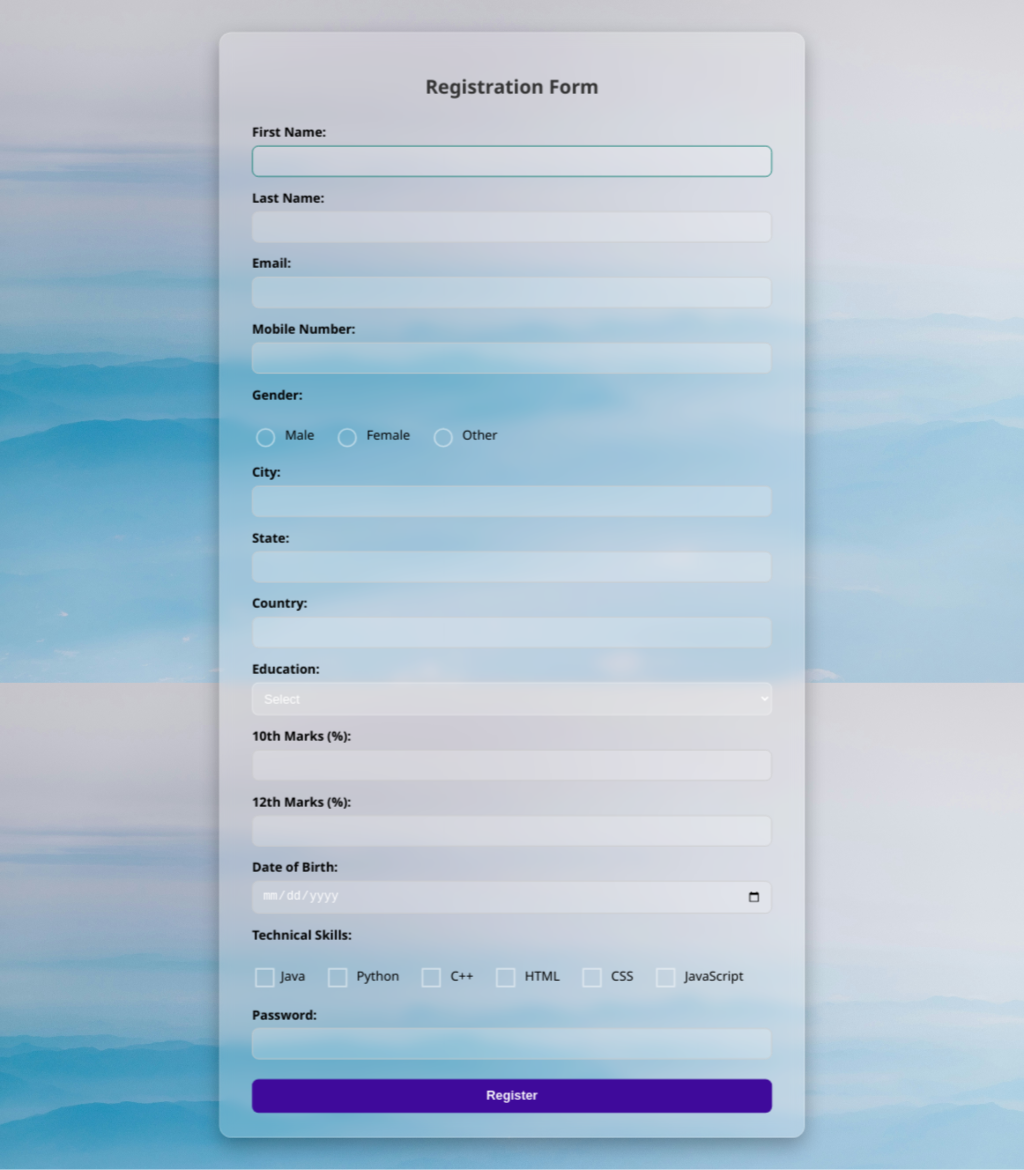
Repository: aboli-vyas/Servlet_Projects
Page: http://localhost/Sevlet_Project/Registration.html
An editor plug-in stored every save of this project. The page is shown before and after the next save, followed by the edit.
The browser window is 1280 px wide. The pictures show the whole page, at 80% of full size.
The first visible `input` has the focus.
Backgrounds fixed to the window are drawn as part of the page. The page is served by Tomcat 9.

Above is the page before, as saved 2025-06-07 04:12:11.

After the next save:
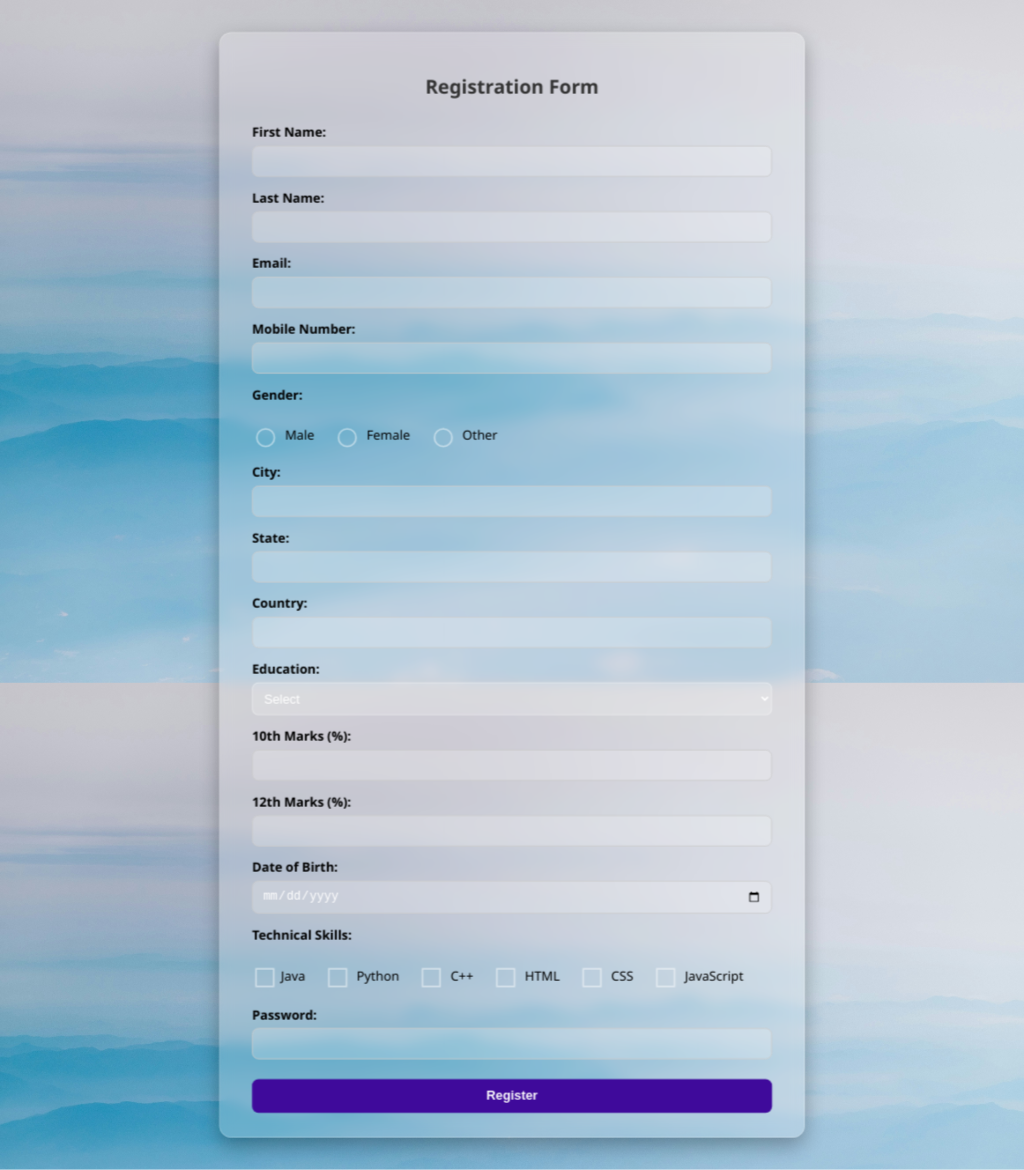
Saved 42 s later.
--- a/Sevlet_Project/src/main/webapp/style.css
+++ b/Sevlet_Project/src/main/webapp/style.css
@@ -53,10 +53,7 @@
     transition: border 0.3s;
 }
 
-input:focus, select:focus {
-    border-color: #00796b;
-    outline: none;
-}
+
 input, select, textarea {
   background-color: rgba(255, 255, 255, 0.2);  /* semi-transparent white */
   border: 1px solid rgba(255, 255, 255, 0.4);  /* light border */

After the save that followed:
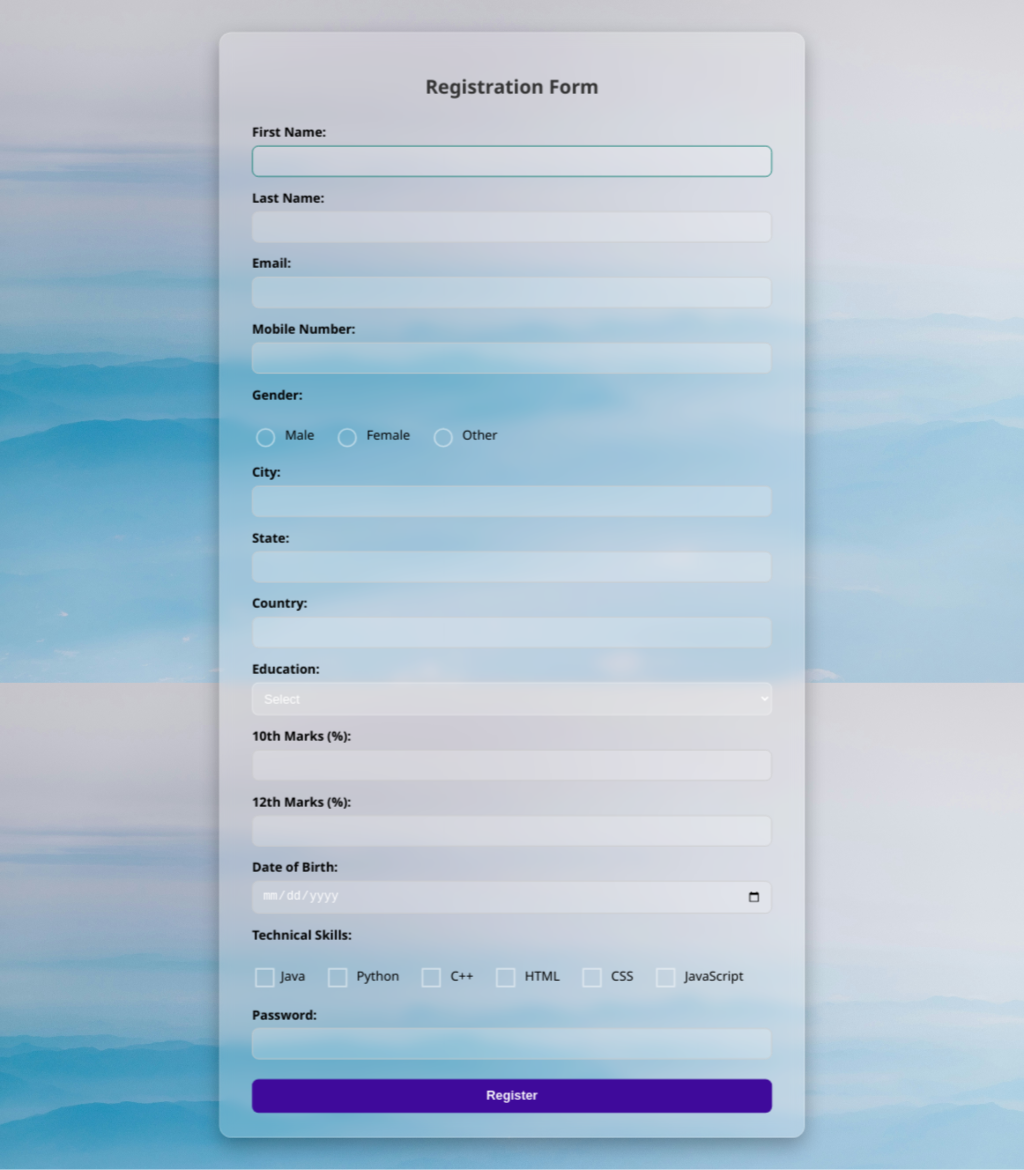
Saved 29 s later.
--- a/Sevlet_Project/src/main/webapp/style.css
+++ b/Sevlet_Project/src/main/webapp/style.css
@@ -53,7 +53,10 @@
     transition: border 0.3s;
 }
 
-
+input:focus, select:focus {
+    border-color: #00796b;
+    outline: none;
+}
 input, select, textarea {
   background-color: rgba(255, 255, 255, 0.2);  /* semi-transparent white */
   border: 1px solid rgba(255, 255, 255, 0.4);  /* light border */
